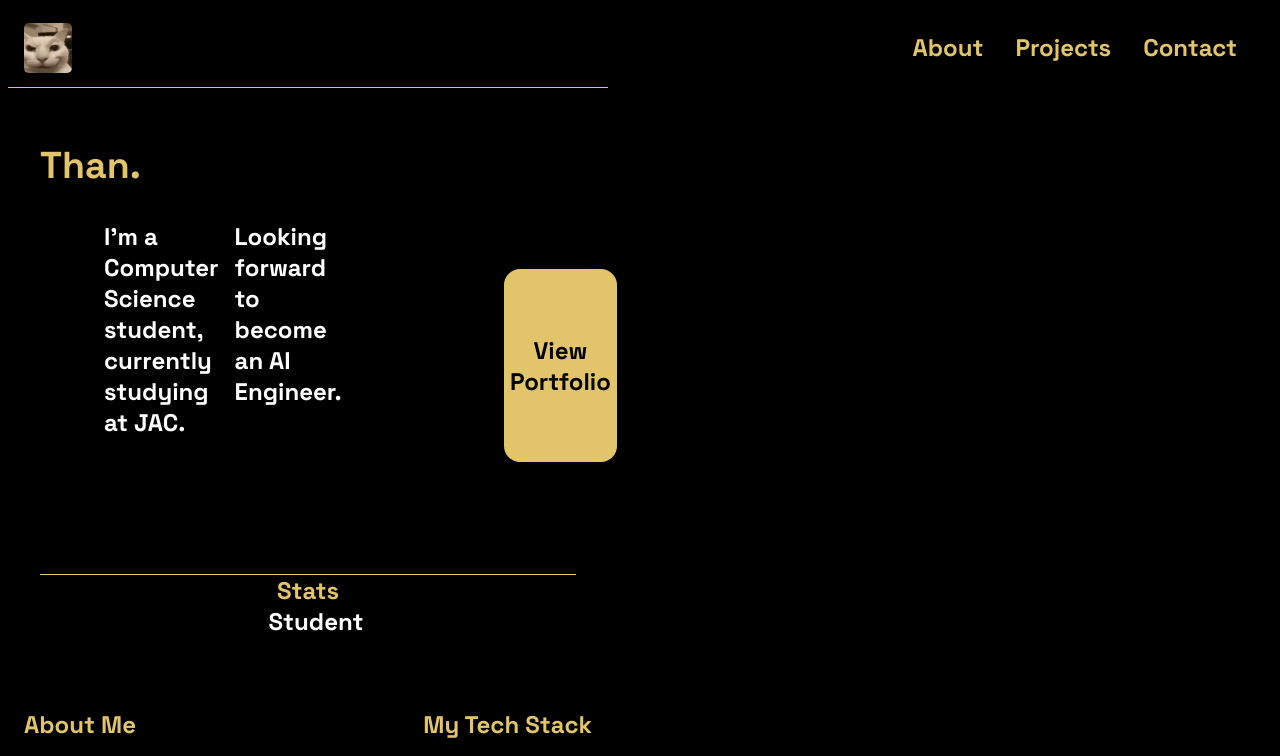
Repository: Than-dot/Than-dot
Page: index.html
The author's editor kept a copy of each file at every save. The page is drawn from the files as they stood at one save, then again after the next save.
The browser window is 1280 px wide. The pictures show the whole page.

Above is the page before, as saved 2026-05-06 12:55:56.

After the next save:
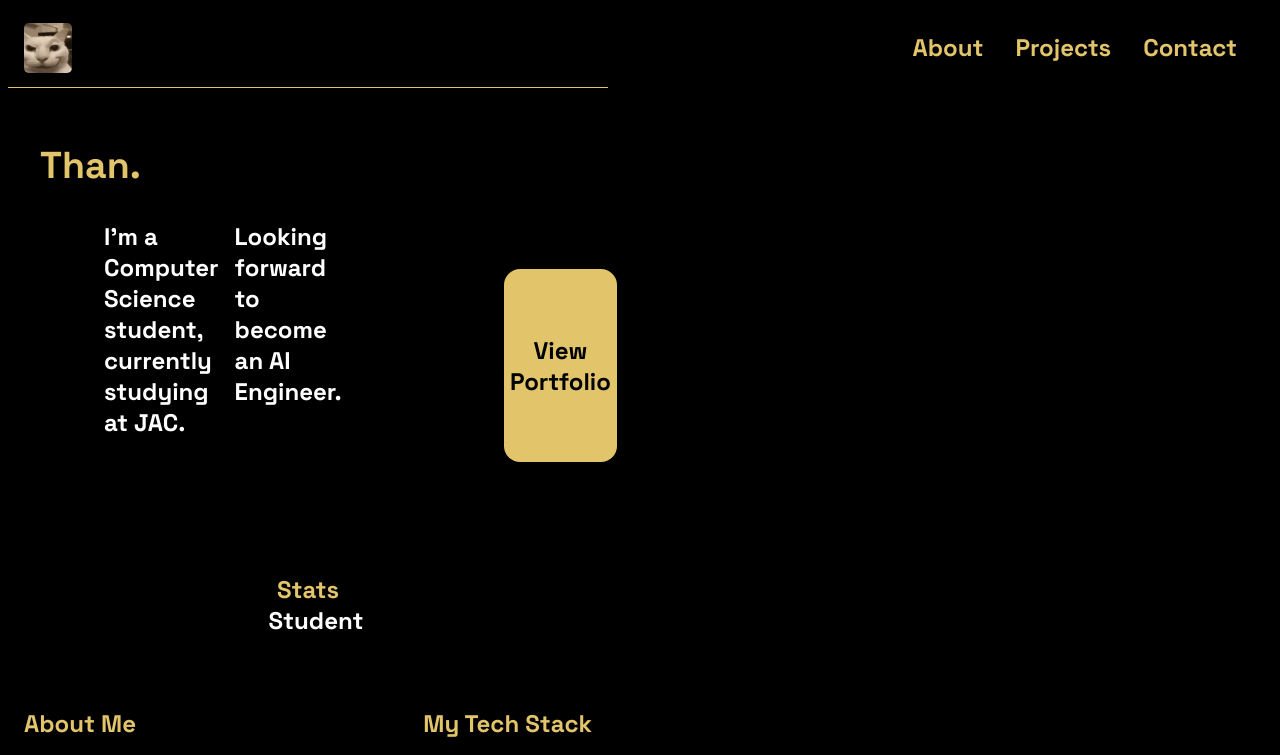
Saved 4 s later.
--- a/styles/index.css
+++ b/styles/index.css
@@ -30,7 +30,6 @@ p {
 .stats {
   text-align: center;
   margin: 2rem;
-  border-top: 0.5px solid #e2c46a;
 }
 
 .s-art {
